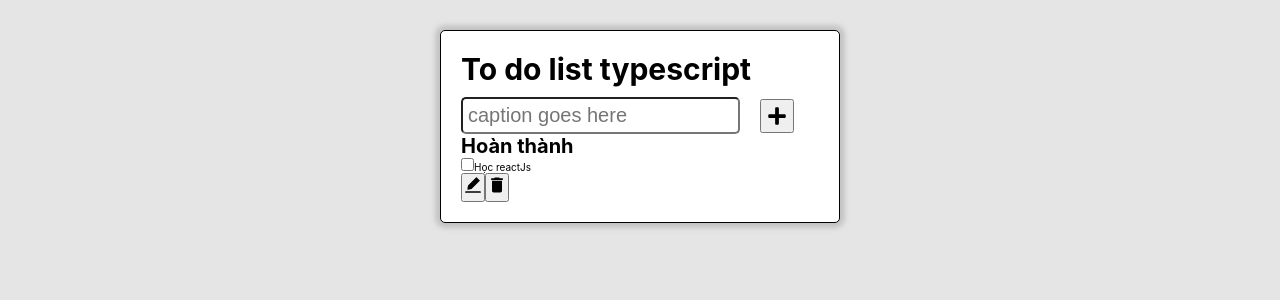
Repository: Nhatktvn/TodoListReactTs
Page: /
The author's editor kept a copy of each file at every save. The page is drawn from the files as they stood at one save, then again after the next save.
The browser window is 1280 px wide. The pictures show the whole page.
The project was rebuilt for these pictures with package versions that can differ from the ones it lists, and the page was loaded fresh each time.

Above is the page before, as saved 2023-11-08 08:57:53.

### src/index.css
* {
  margin: 0;
  padding: 0;
  box-sizing: border-box;
}

html {
  font-size: 10px;
  --font-size: 2rem;
}

body {
  margin: 0;
  font-family: -apple-system, BlinkMacSystemFont, 'Segoe UI', 'Roboto', 'Oxygen', 'Ubuntu', 'Cantarell', 'Fira Sans',
    'Droid Sans', 'Helvetica Neue', sans-serif;
  -webkit-font-smoothing: antialiased;
  -moz-osx-font-smoothing: grayscale;
  background-color: #e5e5e5;
}

input,
button {
  font-size: var(--font-size);
}
code {
  font-family: source-code-pro, Menlo, Monaco, Consolas, 'Courier New', monospace;
}

### src/App.tsx
import React from 'react'
import './App.css'
import TodoList from './components/TodoList/TodoList'

function App() {
  return (
    <div className='App'>
      <TodoList />
    </div>
  )
}

export default App

### src/components/TodoList/TodoList.tsx
import React from 'react'
import styles from './todoList.module.scss'
import TaskInput from '../TaskInput/TaskInput'
import TaskList from '../TaskList/TaskList'
export default function TodoList() {
  return (
    <div className={styles.todoList}>
      <div className={styles.todoListContainer}>
        <TaskInput />
        <TaskList />
      </div>
    </div>
  )
}

### src/components/TodoList/todoList.module.scss
.todoList {
  padding: 3rem;
}
.todoListContainer {
  background-color: #fff;
  padding: 2rem;
  max-width: 40rem;
  border-radius: 5px;
  margin: 0 auto;
  border: 1px solid #000;
  box-shadow: 0px 0px 5px 5px #c4c4c4;
  text-align: left;
}

### src/components/TaskInput/TaskInput.tsx
import React from 'react'
import styles from './taskInput.module.scss'
import { FaPlus } from 'react-icons/fa'
export default function TaskInput() {
  return (
    <div>
      <h1 className={styles.title}>To do list typescript</h1>
      <form className={styles.form}>
        <input type='text' placeholder='caption goes here' />
        <button type='submit'>
          <FaPlus />
        </button>
      </form>
    </div>
  )
}

### src/components/TaskList/TaskList.tsx
import React from 'react'
import styles from './tasklist.module.scss'
import { AiFillEdit } from 'react-icons/ai'
import { MdDelete } from 'react-icons/md'
export default function TaskList() {
  return (
    <div>
      <h2 className={styles.title}>Hoàn thành</h2>
      <div className={styles.tasks}>
        <div className={styles.task}>
          <input type='checkbox' />
          <span>Học reactJs</span>
          <div className={styles.taskAction}>
            <button className={styles.btn}>
              <AiFillEdit />
            </button>
            <button className={styles.btn}>
              <MdDelete />
            </button>
          </div>
        </div>
      </div>
    </div>
  )
}

### src/components/TaskInput/taskInput.module.scss
.title {
  font-size: 3rem;
  margin-bottom: 1rem;
}

.form {
  display: flex;
  justify-content: left;
  align-items: center;
  gap: 2rem;
  input {
    padding: 5px;
    border-radius: 5px;
  }
  button {
    flex-shrink: 0;
    cursor: pointer;
    display: flex;
    justify-content: center;
    align-items: center;
    padding: 5px;
  }
}

### src/components/TaskList/tasklist.module.scss
.title {
  font-size: 2rem;
}

Loaded but not shown: public/index.html (common file); src/index.tsx (common file); src/reportWebVitals.ts (common file); src/App.css (common file)

After the next save:
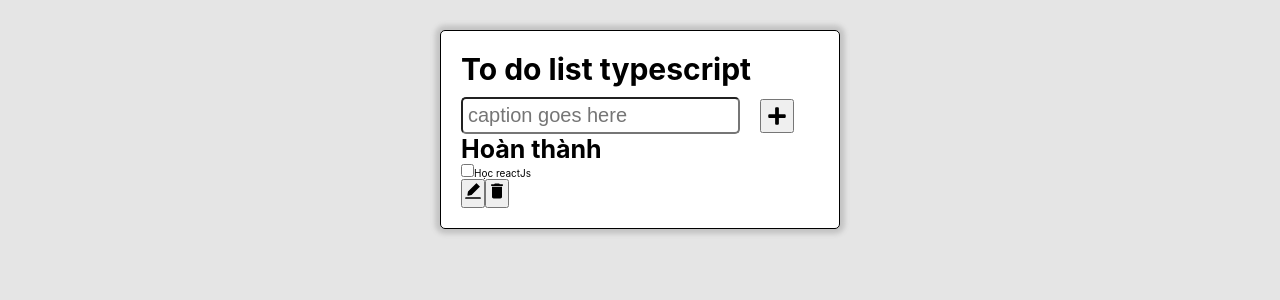
Saved 4 s later.
--- a/src/components/TaskList/tasklist.module.scss
+++ b/src/components/TaskList/tasklist.module.scss
@@ -1,3 +1,3 @@
 .title {
-  font-size: 2rem;
+  font-size: 2.5rem;
 }
